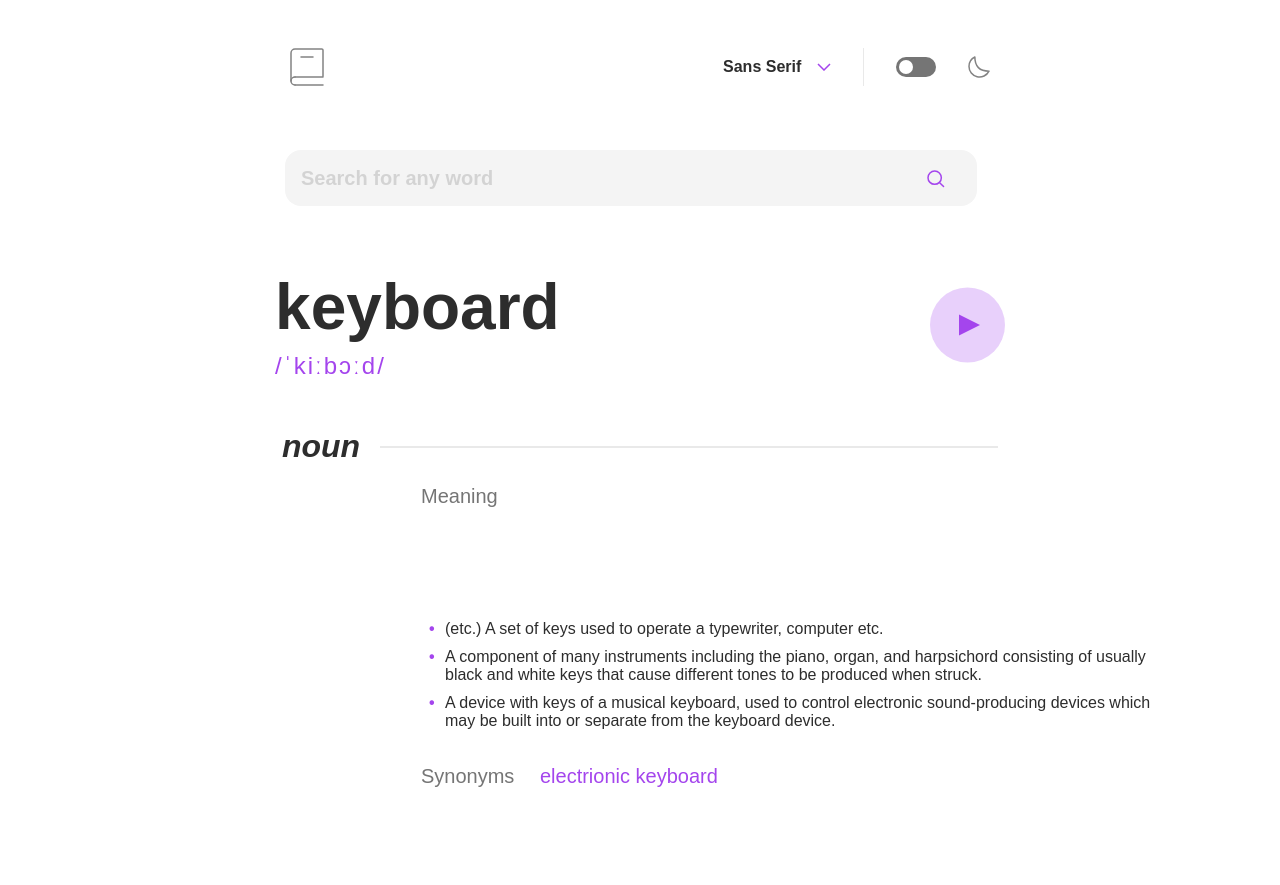
Repository: Arkitecth/dictionary-app
Page: index.html
These files come from the project's save history. The page is drawn as it stood at one moment and after the next save; the edit follows.
The browser window is 1280 px wide. The pictures show the whole page.

Above is the page before, as saved 2023-07-20 17:24:35.

### index.html
<!DOCTYPE html>
<html lang="en">
<head>
  <meta charset="UTF-8">
  <meta name="viewport" content="width=device-width, initial-scale=1.0">
  <link rel="stylesheet" href="styles.css">
  <title>Dictionary</title>
</head>
<body>

  <!-- Navigation -->
  <nav>
    <img src="assets/images/logo.svg" alt="logo">

    <div class="right">
      <div class="fonts">
        <p>Sans Serif</p>
        <img src="assets/images/icon-arrow-down.svg" alt="icon-arrow-down">
      </div>

      <div class="ruler"></div>

      <div class="togglers">
        <!-- Rounded switch -->
        <label class="switch">
          <input type="checkbox">
          <span class="slider round"></span>
        </label>
        <img src="assets/images/icon-moon.svg" alt="moon-icon">
      </div>
    </div>
  </nav>


  <!-- Search Bar -->
  <section class="search">
    <label for="search-bar"></label>
    <input type="text" name="search-bar" id="search-bar" placeholder="Search for any word">
    <img src="assets/images/icon-search.svg" alt="search-icon" class="search-icon">
  </section>


  <main>
    <section class="word-view">
      <div class="word-group">
        <h1>keyboard</h1>
        <p>/ˈkiːbɔːd/</p>
      </div>
      <img class="icon-play" src="assets/images/icon-play.svg" alt="icon-play">
    </section>

    <div class="speech-part-group">
      <p class="speech-part">noun</p>
      <div class="grey-rule"></div>
    </div>

    <section class="description">
      <p>Meaning</p>
      <ul>
        <li>(etc.) A set of keys used to operate a typewriter, computer etc.</li>
        <li>A component of many instruments including the piano, organ, and harpsichord consisting of usually black and white keys that cause different tones to be produced when struck.</li>
        <li>A device with keys of a musical keyboard, used to control electronic sound-producing devices which may be built into or separate from the keyboard device.</li>
      </ul>
      <p class="synonymn">Synonyms <span>electrionic keyboard</span></p>

    </section>

    <!-- <div class="speech-part-group">
      <p class="speech-part">noun</p>
      <div class="grey-rule"></div>
    </div>

    <section class="description">
      <p>Meaning</p>
      <ul>
        <li>(etc.) A set of keys used to operate a typewriter, computer etc.</li>
        <li>A component of many instruments including the piano, organ, and harpsichord consisting of usually black and white keys that cause different tones to be produced when struck.</li>
        <li>A device with keys of a musical keyboard, used to control electronic sound-producing devices which may be built into or separate from the keyboard device.</li>
      </ul>
      <p class="synonymn">Synonyms <span>electrionic keyboard</span></p>

    </section>
    -->




  </main>

</body>
</html>

### styles.css
:root {
    --dark-grey: #757575;
    --purple:#a445ed;
    --light-grey:#f4f4f4;
    --dark-three:#2d2d2d;
    --lighter-grey:#e9e9e9;
}


* {
    margin: 0;
    padding: 0;
}



/* Main Styling */
body {
    max-width: 1100px;
    margin: 0 auto;
    font-family: sans-serif;
    color: var(--dark-three);
}


/* Light Styling */

/* Nav Styling */
nav {
    display: flex;
    justify-content: space-around;
    margin-top: 3rem;
}

.right {
    display: flex;
    gap: 2rem;
}

.fonts {
    display: flex;
    gap: 1rem;
    align-items: center;
    font-weight: 600;
}

.ruler {
    width: 1px;
    background-color: #e9e9e9;
}

.togglers {
    display: flex;
    gap: 2rem;
    align-items: center;
}



/* The switch - the box around the slider */
.switch {
  position: relative;
  display: inline-block;
  width: 40px;
  height: 20px;
}

/* Hide default HTML checkbox */
.switch input {
  opacity: 0;
  width: 0;
  height: 0;
}

/* The slider */
.slider {
  position: absolute;
  cursor: pointer;
  top: 0;
  left: 0;
  right: 0;
  bottom: 0;
  background-color: var(--dark-grey);
  -webkit-transition: .4s;
  transition: .4s;
}

.slider:before {
  position: absolute;
  content: "";
  height: 14px;
  width: 14px;
  left: 3px;
  bottom: 3px;
  background-color: white;
  -webkit-transition: .4s;
  transition: .4s;
}

input:checked + .slider {
  background-color: var(--purple)
}

input:focus + .slider {
  box-shadow: 0 0 1px var(--purple)
}

input:checked + .slider:before {
  -webkit-transform: translateX(20px);
  -ms-transform: translateX(20px);
  transform: translateX(20px);
}

/* Rounded sliders */
.slider.round {
  border-radius: 34px;
}

.slider.round:before {
  border-radius: 50%;
}



/* Search */

.search {
    text-align: center;
    margin-top: 4rem;
    display: flex;
    justify-content: center;
}

input[type="text"] {
    width:60%;
    height: 1.5rem;
    padding: 1rem;
    border-radius: 16px;
    border: none;
    background-color: var(--light-grey);
    outline: none;
    font-size: 20px;
    font-weight: 700;

}

input[type="text"]:active,
input[type="text"]:focus {
    border: 1px solid var(--purple);
}


input[type="text"]::placeholder {
    opacity: 0.25;
}

.search-icon {
    transform: translate(-50px,1px);
    text-align: center;
}



/* Word View */

main {
    display: flex;
    flex-direction: column;
}


.word-view {
    text-align: center;
    margin-top: 4rem;
    display: flex;
    justify-content: space-around;
}
.word-group h1 {
    font-size: 4rem;
}

.word-group p {
    text-align: left;
    font-size: 1.5rem;
    color: var(--purple);
    font-weight: 400;
    padding-top: 0.5rem;
    letter-spacing: 2px;
}


/* Speech Part(noun, pronoun, verb) */
.speech-part-group {
    display: flex;
    justify-content: center;
    align-items: center;
    gap: 20px;
    margin-top: 3rem;
}
.speech-part {
    text-align: left;
    font-size: 2rem;
    font-weight: 700;
    font-style: italic;
}
.grey-rule {
    border: 1px solid var(--lighter-grey);
    height: 0;
    width: 56%;
}

/* Description */
.description {
    /* width: fit-content;
    margin: 0 auto;
    margin-top: 2rem; */
    display: grid;
    grid-template-rows: 1fr 1fr 1fr;
    justify-items: start;
    margin-left: 30%;
}


.description p {
    color: var(--dark-grey);
    text-align: left;
    font-size: 1.25rem;
    padding: 20px 1px;

}

ul {
    text-align: left;
    padding: 10px 20px;
    list-style: none;
}
ul li::before {
    content: "\2022";
    width: 1rem;
    font-weight: bold;
    display: inline-block;
    margin-left: -1em;
    color: var(--purple);
}
ul li{
    padding: 5px;
    color: var(--dark-three);
}
.synonymn span {
    color: var(--purple);
    padding: 0 20px;
}


/* Mobile Styels */

@media screen and (max-width:375px) {

    input[type="text"] {
        width: 327px;
    }
    .search {
        margin-left: 10px;
    }

    .word-group h1 {
        font-size: 32px;
    }

    .icon-play {
        width: 48px;
    }

    .description {
        width: 275px;
    }

    .speech-part {
        font-size: 18px;
    }

    .description p {
        font-size: 16px;
    }
}

After the next save:
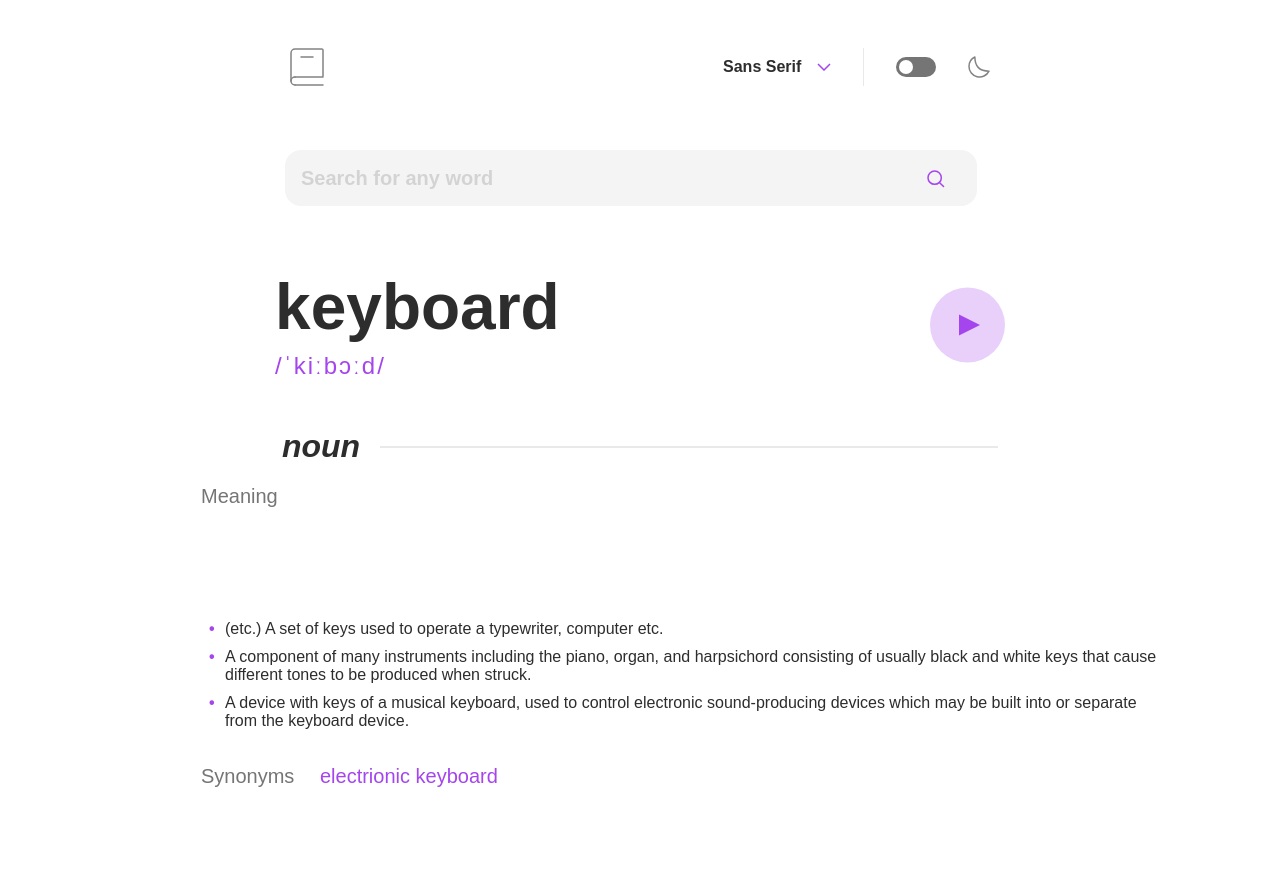
Saved 6 s later.
--- a/styles.css
+++ b/styles.css
@@ -217,7 +217,7 @@
     display: grid;
     grid-template-rows: 1fr 1fr 1fr;
     justify-items: start;
-    margin-left: 30%;
+    margin-left: 10%;
 }
 
 
